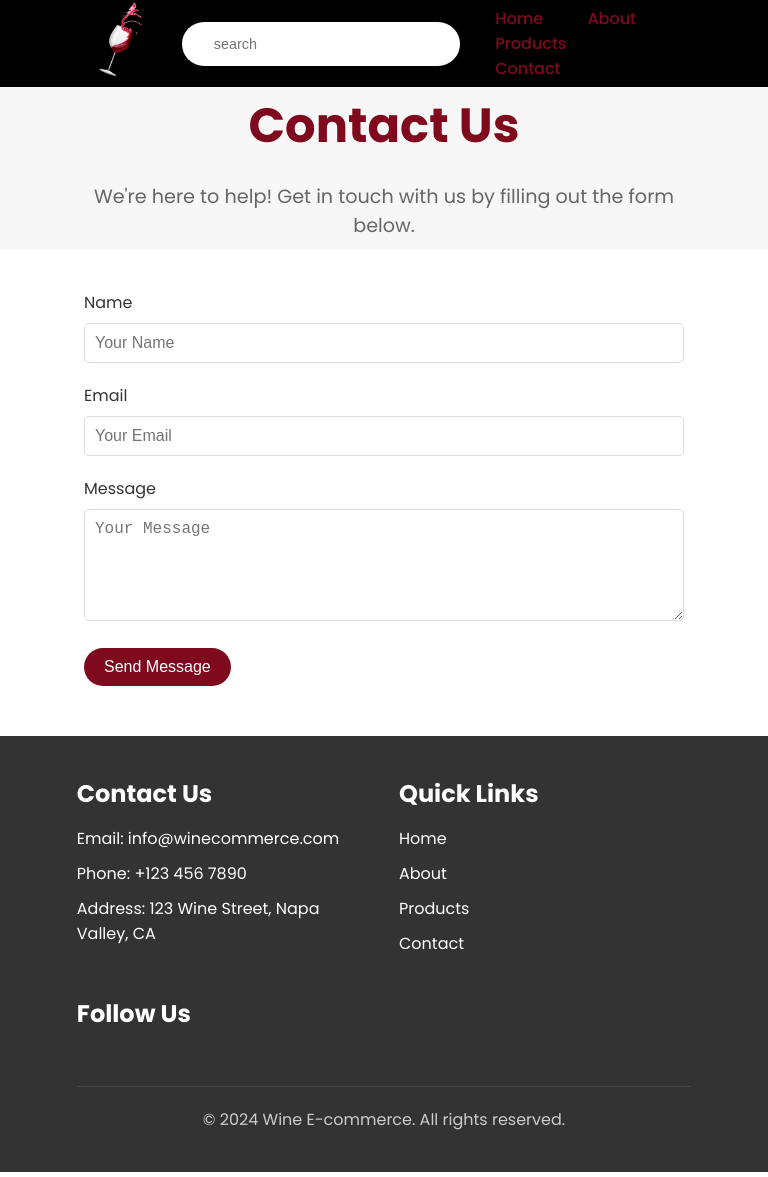
Repository: vncntxl/assesment3
Page: contact.html
These files come from the project's save history. The page is drawn as it stood at one moment and after the next save; the edit follows.
The browser window is 768 px wide. The pictures show the whole page.
Some icons come from a web library that is not loaded, so they are not drawn.

Above is the page before, as saved 2024-08-22 13:46:59.

After the next save:
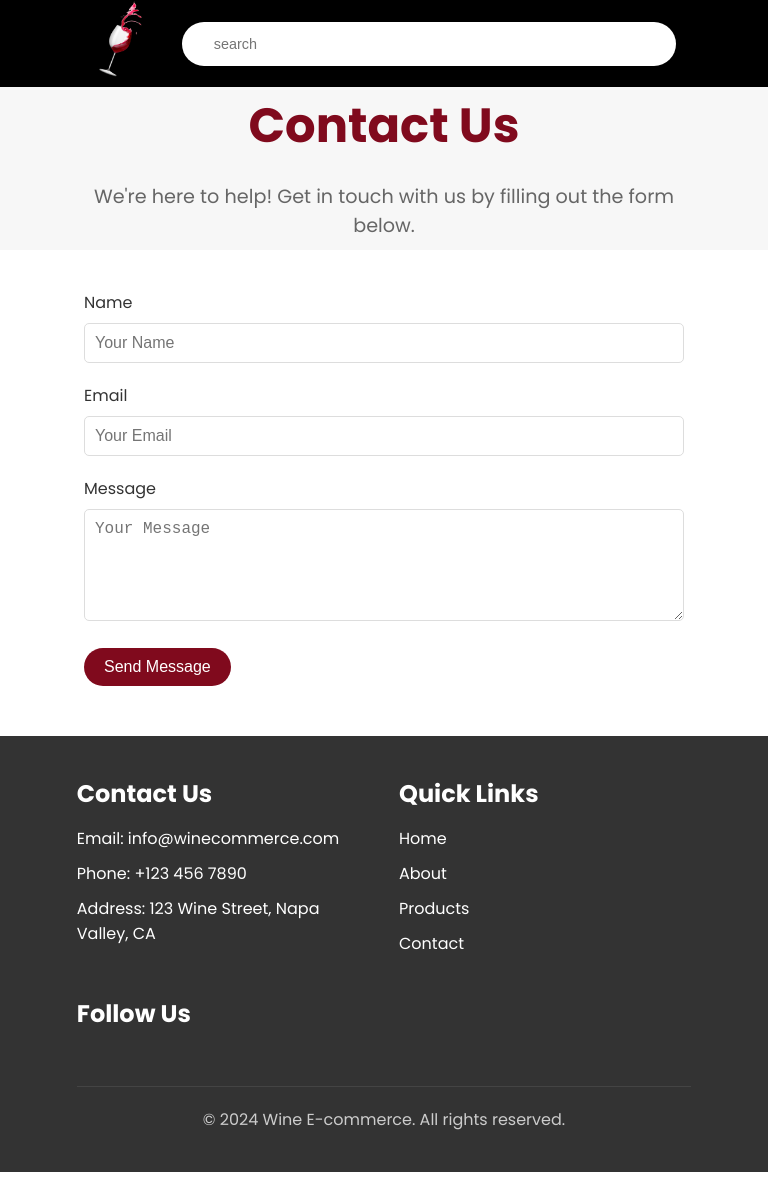
Saved 34 s later.
--- a/styles.css
+++ b/styles.css
@@ -457,3 +457,71 @@ nav li a {
 .contact-form .btn:hover {
     background-color: #a00;
 }
+
+
+nav .container {
+    display: flex;
+    flex-direction: row;
+    align-items: center;
+    justify-content: space-between;
+}
+
+nav ul {
+    display: flex;
+    flex-direction: row;
+    margin: 0;
+    padding: 0;
+    list-style: none;
+}
+
+nav ul li {
+    margin-left: 20px;
+}
+
+nav ul li a {
+    text-decoration: none;
+    color: #800A1D;
+    font-weight: 500;
+    font-size: 1rem;
+}
+
+/* Hamburger menu */
+.hamburger {
+    display: none;
+    cursor: pointer;
+}
+
+.hamburger i {
+    font-size: 2rem;
+    color: #800A1D;
+}
+
+/* Mobile styles */
+@media (max-width: 768px) {
+    .search-bar {
+        flex: 1;
+    }
+
+    nav ul {
+        display: none;
+        flex-direction: column;
+        position: absolute;
+        top: 60px;
+        right: 10px;
+        background-color: black;
+        border-radius: 8px;
+        padding: 10px;
+    }
+
+    nav ul li {
+        margin: 10px 0;
+    }
+
+    .hamburger {
+        display: block;
+    }
+
+    .nav-links.open {
+        display: flex;
+    }
+}
